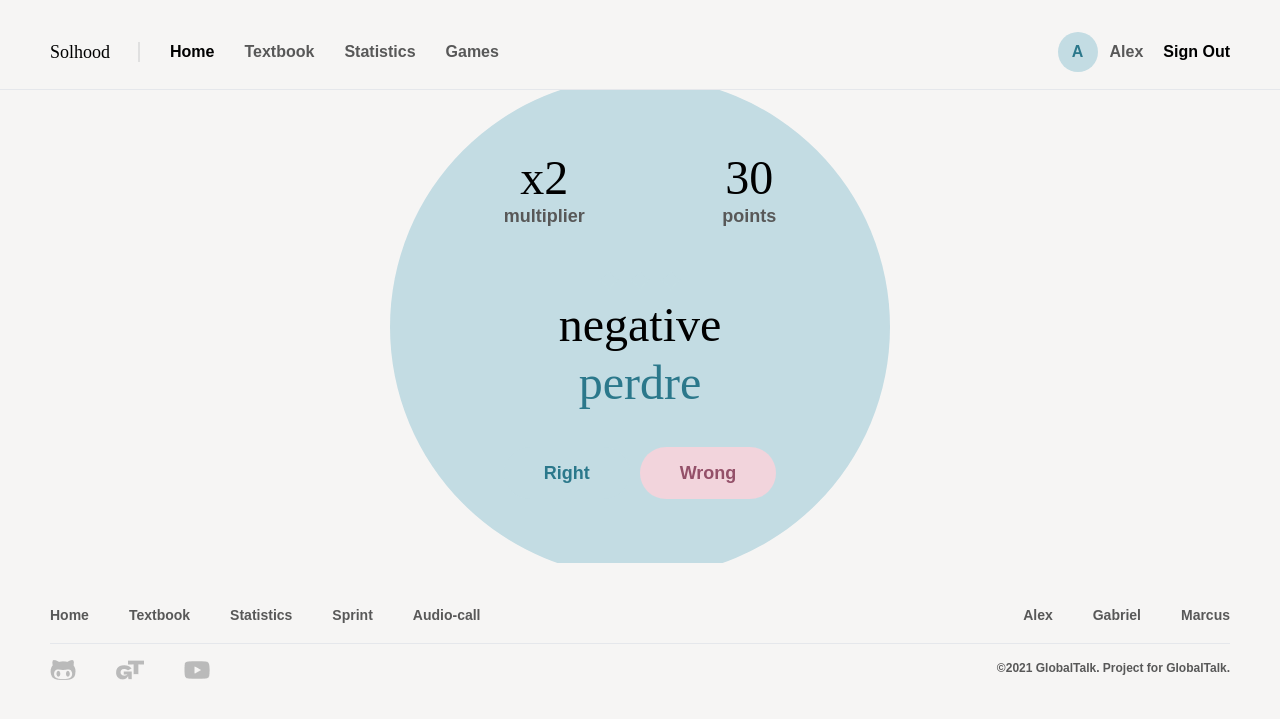
Repository: haudnn/solhood
Page: /game
The author's editor kept a copy of each file at every save. The page is drawn from the files as they stood at one save, then again after the next save.
The browser window is 1280 px wide. The pictures show the whole page.
The project was rebuilt for these pictures with package versions that can differ from the ones it lists, and the page was loaded fresh each time. Also part of the build but not shown: src/pages/Home.tsx, src/pages/Sprint.tsx.

Above is the page before, as saved 2023-01-03 16:46:02.

### src/index.css
@tailwind base;
@tailwind components;
@tailwind utilities;

@import url('https://fonts.googleapis.com/css2?family=Dela+Gothic+One&family=Montserrat:wght@400;500;600;700&display=swap');

@layer components {
    html{
        scroll-behavior: smooth;
    }
    .app-container{
        width: 1180px !important;
        margin: 0 auto !important;
    }
    .wrapper {
        height: calc(100vh - 90px);
        overflow: hidden;
    }
    .line {
        position: relative;
    }
    .wrapper-calc {
        height: calc(100vh - 90px - 157px);
        overflow: hidden;
    }
    .line::before{
        position: absolute;
        content: "";
        right: -30px;
        border-right: 2px solid #e0e0e0 ;
        height: 20px;
        top: 50%;
        transform: translateY(-50%);
    }
    .line-long {
        position: relative;
    }
    .line-long::before{
        position: absolute;
        content: "";
        right: 0px;
        border-right: 2px solid #e0e0e0 ;
        height: 100%;
        top: 50%;
        transform: translateY(-50%);
    }
    .bridge::before {
        position: absolute;
        left:0;
        top:-16px;
        width: 100%;
        height: 20px;
        content:"";
        display: block;
    }
    .grid {
        width: 100%;
        display: block !important;
        padding: 0;
    }

    .grid.wide {
        max-width: 1200px;
        margin: 0 auto;
    }

    .row {
        display: flex;
        flex-wrap: wrap;
        margin-left: -4px;
        margin-right: -4px;
    }

    .row.no-gutters {
        margin-left: 0;
        margin-right: 0;
    }

    .col {
        padding-left: 4px;
        padding-right: 4px;
    }

    .row.no-gutters .col {
        padding-left: 0;
        padding-right: 0;
    }

    .c-0 {
        display: none;
    }

    .c-1 {
        flex: 0 0 8.33333%;
        max-width: 8.33333%;
    }

    .c-2 {
        flex: 0 0 16.66667%;
        max-width: 16.66667%;
    }

    .c-3 {
        flex: 0 0 25%;
        max-width: 25%;
    }

    .c-4 {
        flex: 0 0 33.33333%;
        max-width: 33.33333%;
    }

    .c-5 {
        flex: 0 0 41.66667%;
        max-width: 41.66667%;
    }

    .c-6 {
        flex: 0 0 50%;
        max-width: 50%;
    }

    .c-7 {
        flex: 0 0 58.33333%;
        max-width: 58.33333%;
    }

    .c-8 {
        flex: 0 0 66.66667%;
        max-width: 66.66667%;
    }

    .c-9 {
        flex: 0 0 75%;
        max-width: 75%;
    }

    .c-10 {
        flex: 0 0 83.33333%;
        max-width: 83.33333%;
    }

    .c-11 {
        flex: 0 0 91.66667%;
        max-width: 91.66667%;
    }

    .c-12 {
        flex: 0 0 100%;
        max-width: 100%;
    }

    .c-o-1 {
        margin-left: 8.33333%;
    }

    .c-o-2 {
        margin-left: 16.66667%;
    }

    .c-o-3 {
        margin-left: 25%;
    }

    .c-o-4 {
        margin-left: 33.33333%;
    }

    .c-o-5 {
        margin-left: 41.66667%;
    }

    .c-o-6 {
        margin-left: 50%;
    }

    .c-o-7 {
        margin-left: 58.33333%;
    }

    .c-o-8 {
        margin-left: 66.66667%;
    }

    .c-o-9 {
        margin-left: 75%;
    }

    .c-o-10 {
        margin-left: 83.33333%;
    }

    .c-o-11 {
        margin-left: 91.66667%;
    }

    /* >= Tablet */
    @media (min-width: 740px) {
        .row {
            margin-left: -8px;
            margin-right: -8px;
        }

        .col {
            padding-left: 8px;
            padding-right: 8px;
        }

        .m-0 {
            display: none;
        }

        .m-1,
        .m-2,
        .m-3,
        .m-4,
        .m-5,
        .m-6,
        .m-7,
        .m-8,
        .m-9,
        .m-10,
        .m-11,
        .m-12 {
            display: block;
        }

        .m-1 {
            flex: 0 0 8.33333%;
            max-width: 8.33333%;
        }

        .m-2 {
            flex: 0 0 16.66667%;
            max-width: 16.66667%;
        }

        .m-3 {
            flex: 0 0 25%;
            max-width: 25%;
        }

        .m-4 {
            flex: 0 0 33.33333%;
            max-width: 33.33333%;
        }

        .m-5 {
            flex: 0 0 41.66667%;
            max-width: 41.66667%;
        }

        .m-6 {
            flex: 0 0 50%;
            max-width: 50%;
        }

        .m-7 {
            flex: 0 0 58.33333%;
            max-width: 58.33333%;
        }

        .m-8 {
            flex: 0 0 66.66667%;
            max-width: 66.66667%;
        }

        .m-9 {
            flex: 0 0 75%;
            max-width: 75%;
        }

        .m-10 {
            flex: 0 0 83.33333%;
            max-width: 83.33333%;
        }

        .m-11 {
            flex: 0 0 91.66667%;
            max-width: 91.66667%;
        }

        .m-12 {
            flex: 0 0 100%;
            max-width: 100%;
        }

        .m-o-1 {
            margin-left: 8.33333%;
        }

        .m-o-2 {
            margin-left: 16.66667%;
        }

        .m-o-3 {
            margin-left: 25%;
        }

        .m-o-4 {
            margin-left: 33.33333%;
        }

        .m-o-5 {
            margin-left: 41.66667%;
        }

        .m-o-6 {
            margin-left: 50%;
        }

        .m-o-7 {
            margin-left: 58.33333%;
        }

        .m-o-8 {
            margin-left: 66.66667%;
        }

        .m-o-9 {
            margin-left: 75%;
        }

        .m-o-10 {
            margin-left: 83.33333%;
        }

        .m-o-11 {
            margin-left: 91.66667%;
        }
    }

    /* PC medium resolution > */
    @media (min-width: 1113px) {
        .row {
            margin-left: -12px;
            margin-right: -12px;
        }

        .row.sm-gutter {
            margin-left: -5px;
            margin-right: -5px;
        }

        .col {
            padding-left: 12px;
            padding-right: 12px;
        }

        .row.sm-gutter .col {
            padding-left: 5px;
            padding-right: 5px;
        }

        .l-0 {
            display: none;
        }

        .l-1,
        .l-2,
        .l-2-4,
        .l-3,
        .l-4,
        .l-5,
        .l-6,
        .l-7,
        .l-8,
        .l-9,
        .l-10,
        .l-11,
        .l-12 {
            display: block;
        }

        .l-1 {
            flex: 0 0 8.33333%;
            max-width: 8.33333%;
        }

        .l-2 {
            flex: 0 0 16.66667%;
            max-width: 16.66667%;
        }

        .l-2-4 {
            flex: 0 0 20%;
            max-width: 20%;
        }

        .l-3 {
            flex: 0 0 25%;
            max-width: 25%;
        }

        .l-4 {
            flex: 0 0 33.33333%;
            max-width: 33.33333%;
        }

        .l-5 {
            flex: 0 0 41.66667%;
            max-width: 41.66667%;
        }

        .l-6 {
            flex: 0 0 50%;
            max-width: 50%;
        }

        .l-7 {
            flex: 0 0 58.33333%;
            max-width: 58.33333%;
        }

        .l-8 {
            flex: 0 0 66.66667%;
            max-width: 66.66667%;
        }

        .l-9 {
            flex: 0 0 75%;
            max-width: 75%;
        }

        .l-10 {
            flex: 0 0 83.33333%;
            max-width: 83.33333%;
        }

        .l-11 {
            flex: 0 0 91.66667%;
            max-width: 91.66667%;
        }

        .l-12 {
            flex: 0 0 100%;
            max-width: 100%;
        }

        .l-o-1 {
            margin-left: 8.33333%;
        }

        .l-o-2 {
            margin-left: 16.66667%;
        }

        .l-o-3 {
            margin-left: 25%;
        }

        .l-o-4 {
            margin-left: 33.33333%;
        }

        .l-o-5 {
            margin-left: 41.66667%;
        }

        .l-o-6 {
            margin-left: 50%;
        }

        .l-o-7 {
            margin-left: 58.33333%;
        }

        .l-o-8 {
            margin-left: 66.66667%;
        }

        .l-o-9 {
            margin-left: 75%;
        }

        .l-o-10 {
            margin-left: 83.33333%;
        }

        .l-o-11 {
            margin-left: 91.66667%;
        }
    }

    /* Tablet - PC low resolution */
    @media (min-width: 740px) and (max-width: 1023px) {
        .wide {
            width: 644px;
        }
    }

    /* > PC low resolution */
    @media (min-width: 1024px) and (max-width: 1239px) {
        .wide {
            width: 984px;
        }

        .wide .row {
            margin-left: -12px;
            margin-right: -12px;
        }

        .wide .row.sm-gutter {
            margin-left: -5px;
            margin-right: -5px;
        }

        .wide .col {
            padding-left: 12px;
            padding-right: 12px;
        }

        .wide .row.sm-gutter .col {
            padding-left: 5px;
            padding-right: 5px;
        }

        .wide .l-0 {
            display: none;
        }

        .wide .l-1,
        .wide .l-2,
        .wide .l-2-4,
        .wide .l-3,
        .wide .l-4,
        .wide .l-5,
        .wide .l-6,
        .wide .l-7,
        .wide .l-8,
        .wide .l-9,
        .wide .l-10,
        .wide .l-11,
        .wide .l-12 {
            display: block;
        }

        .wide .l-1 {
            flex: 0 0 8.33333%;
            max-width: 8.33333%;
        }

        .wide .l-2 {
            flex: 0 0 16.66667%;
            max-width: 16.66667%;
        }

        .wide .l-2-4 {
            flex: 0 0 20%;
            max-width: 20%;
        }

        .wide .l-3 {
            flex: 0 0 25%;
            max-width: 25%;
        }

        .wide .l-4 {
            flex: 0 0 33.33333%;
            max-width: 33.33333%;
        }

        .wide .l-5 {
            flex: 0 0 41.66667%;
            max-width: 41.66667%;
        }

        .wide .l-6 {
            flex: 0 0 50%;
            max-width: 50%;
        }

        .wide .l-7 {
            flex: 0 0 58.33333%;
            max-width: 58.33333%;
        }

        .wide .l-8 {
            flex: 0 0 66.66667%;
            max-width: 66.66667%;
        }

        .wide .l-9 {
            flex: 0 0 75%;
            max-width: 75%;
        }

        .wide .l-10 {
            flex: 0 0 83.33333%;
            max-width: 83.33333%;
        }

        .wide .l-11 {
            flex: 0 0 91.66667%;
            max-width: 91.66667%;
        }

        .wide .l-12 {
            flex: 0 0 100%;
            max-width: 100%;
        }

        .wide .l-o-1 {
            margin-left: 8.33333%;
        }

        .wide .l-o-2 {
            margin-left: 16.66667%;
        }

        .wide .l-o-3 {
            margin-left: 25%;
        }

        .wide .l-o-4 {
            margin-left: 33.33333%;
        }

        .wide .l-o-5 {
            margin-left: 41.66667%;
        }

        .wide .l-o-6 {
            margin-left: 50%;
        }

        .wide .l-o-7 {
            margin-left: 58.33333%;
        }

        .wide .l-o-8 {
            margin-left: 66.66667%;
        }

        .wide .l-o-9 {
            margin-left: 75%;
        }

        .wide .l-o-10 {
            margin-left: 83.33333%;
        }

        .wide .l-o-11 {
            margin-left: 91.66667%;
        }
    }
}

### src/App.tsx
import "./App.css";
import { BrowserRouter } from 'react-router-dom';
import RouterConfig from './config/RouterConfig';
import Footer from "./components/Layout/Footer";
import Header from "./components/Layout/Header";
function App() {
  return (
    <div className="App font-montserrat">
      <BrowserRouter>
        <Header />
        <RouterConfig/>
        <Footer/>
      </BrowserRouter>
    </div>
  );
}

export default App;

### src/config/RouterConfig.tsx
import React from 'react'
import { Routes, Route } from 'react-router-dom';
import {router} from '../constants';
const RouterConfig = () => {
  return (
    <Routes>
    {router.map(({ path, component }) => (
      <Route key={path} path={path} element={component} />
    ))}
  </Routes>
  )
}

export default RouterConfig

### src/components/Layout/Footer.tsx
import React from "react";
import github from '../../assets/imgs/github.png';
import GT from '../../assets/imgs/GT.png'
import youtube from '../../assets/imgs/youtube.png'
const Footer = () => {
  return (
    <footer>
      <div className="bg-greyligt py-[40px]">
        <div className="app-container">
          <div className="pb-4 border-b border-solid boder-[greymedium]">
            <div className="grid">
              <div className="row">
                <div className="col l-6">
                  <ul className="flex items-center gap-x-10">
                    <li>
                      <a
                        className="text-sm font-semibold text-greydark"
                        href="/"
                      >
                        Home
                      </a>
                    </li>
                    <li>
                      <a
                        className="text-sm font-semibold text-greydark"
                        href="/"
                      >
                        Textbook
                      </a>
                    </li>
                    <li>
                      <a
                        className="text-sm font-semibold text-greydark"
                        href="/"
                      >
                        Statistics
                      </a>
                    </li>
                    <li>
                      <a
                        className="text-sm font-semibold text-greydark"
                        href="/"
                      >
                        Sprint
                      </a>
                    </li>
                    <li>
                      <a
                        className="text-sm font-semibold text-greydark"
                        href="/"
                      >
                        Audio-call
                      </a>
                    </li>
                  </ul>
                </div>
                <div className="col l-6">
                  <ul className="flex items-center justify-end gap-x-10">
                    <li>
                      <a
                        className="text-sm font-semibold text-greydark"
                        href="/"
                      >
                        Alex
                      </a>
                    </li>
                    <li>
                      <a
                        className="text-sm font-semibold text-greydark"
                        href="/"
                      >
                        Gabriel
                      </a>
                    </li>
                    <li>
                      <a
                        className="text-sm font-semibold text-greydark"
                        href="/"
                      >
                        Marcus
                      </a>
                    </li>
                  </ul>
                </div>
              </div>
            </div>
          </div>
          <div className="pt-4">
            <div className="grid">
              <div className="row">
                <div className="col l-6">
                  <ul className="flex items-center gap-x-10">
                    <li>
                      <a href="/">
                        <img src={github} alt="" />
                      </a>
                    </li>
                    <li>
                      <a href="/">
                        <img src={GT} alt="" />
                      </a>
                    </li>
                    <li>
                      <a href="/">
                        <img src={youtube} alt="" />
                      </a>
                    </li>
                  </ul>
                </div>
                <div className="col l-6">
                  <div className="flex items-center justify-end">
                    <span className="text-xs font-semibold text-greydark ">
                      ©2021 GlobalTalk. Project for GlobalTalk.
                    </span>
                  </div>
                </div>
              </div>
            </div>
          </div>
        </div>
      </div>
    </footer>
  );
};

export default Footer;

### src/components/Layout/Header.tsx
import React from "react";

const Header = () => {
  return (
      <header className="py-8 border-b border-solid border-[grey-dark] bg-greyligt max-h-[90px]">
        <div className="app-container">
          <div className="grid">
            <div className="row">
              <div className="col l-6">
                <div className="flex items-center gap-x-[60px] h-full">
                  <div className="line">
                    <a href="/" className="text-lg text-black font-dela">Solhood</a>
                  </div>
                  <div className="">
                    <ul className="flex items-center gap-x-[30px]">
                      <li>
                        <a
                          className="text-base font-semibold text-black"
                          href="/"
                        >
                          Home
                        </a>
                      </li>
                      <li>
                        <a
                          className="text-base font-semibold text-greydark"
                          href="/"
                        >
                          Textbook
                        </a>
                      </li>
                      <li>
                        <a
                          className="text-base font-semibold text-greydark"
                          href="/"
                        >
                          Statistics
                        </a>
                      </li>
                      <li className="relative group">
                        <a
                          className="text-base font-semibold text-greydark"
                          href="/"
                        >
                          Games
                        </a>
                        <div className="z-10 group-hover:block hidden absolute bg-white rounded-xl shadow-lg w-[215px] p-5 top-10 bridge">
                          <ul>
                            <li className="mb-2 text-base font-semibold text-greydark">
                              <a href="/sprint">Sprint</a>
                            </li>
                            <li>
                              <a href="/" className="text-base font-semibold text-greydark">Audio call</a>
                            </li>
                          </ul>
                        </div>
                      </li>
                    </ul>
                  </div>
                </div>
              </div>
              <div className="col l-6">
                <div className="flex justify-end">
                  <div className="flex items-center mr-5 gap-x-3">
                    <div className="flex items-center justify-center w-10 h-10 rounded-[50%] bg-cyanlight">
                      <span className="text-base font-semibold text-cyandark">
                        A
                      </span>
                    </div>
                    <span className="text-base font-semibold text-greydark">
                      Alex
                    </span>
                  </div>
                  <div className="flex items-center">
                    <a href="/" className="text-base font-semibold text-black">
                      Sign Out
                    </a>
                  </div>
                </div>
              </div>
            </div>
          </div>
        </div>
      </header>
  );
};

export default Header;

### src/constants/index.ts
import router from "./router"

export {router}

### src/constants/router.tsx
import Game from "../pages/Game";
import Home from "../pages/Home";
import Sprint from "../pages/Sprint";
const router = [
 {
    path: '/',
    component: <Home />,
 },
 {
   path: '/sprint',
   component: <Sprint />,
 },
 {
  path: '/game',
   component: <Game />,
 }

]
export default router;

### src/pages/Game.tsx
import React from "react";
import level from "../assets/imgs/level.png";
const Game = () => {
  return (
    <div className="game bg-greyligt">
      <div className="flex items-center justify-center wrapper-calc">
        <div className="w-[500px] h-[500px] rounded-[50%] bg-cyanlight flex items-center justify-center">
          <div>
            <div className="flex items-center justify-between mb-10">
              <div className="flex flex-col items-center">
                <p className="text-5xl font-dela">x2</p>
                <p className="text-lg font-semibold text-greydark">
                  multiplier
                </p>
              </div>
              <div className="flex flex-col items-center">
                <p className="text-5xl font-dela">30</p>
                <p className="text-lg font-semibold text-greydark">points</p>
              </div>
            </div>
            <div className="mb-10">
              <div className="flex items-center justify-center gap-x-[10px] mb-[10px]">
                <div>
                  <img
                    src={level}
                    alt=""
                    className="object-cover w-full h-full"
                  />
                </div>
                <div>
                  <img
                    src={level}
                    alt=""
                    className="object-cover w-full h-full"
                  />
                </div>
                <div>
                  <img
                    src={level}
                    alt=""
                    className="object-cover w-full h-full"
                  />
                </div>
              </div>
              <div>
                <p className="text-5xl font-dela mb-[10px] text-center">
                  negative
                </p>
                <p className="text-5xl font-dela mb-[10px] text-cyandark text-center">
                  perdre
                </p>
              </div>
            </div>
            <div className="flex items-center justify-center gap-x-[10px]">
              <button className="px-10 py-3 rounded-full bg-cyanlight">
                <span className="text-lg font-bold text-cyandark">Right</span>
              </button>
              <button className="px-10 py-3 rounded-full bg-pinklight">
                <span className="text-lg font-bold text-pinkdark">Wrong</span>
              </button>
            </div>
          </div>
        </div>
      </div>
    </div>
  );
};

export default Game;

### tailwind.config.js
/** @type {import('tailwindcss').Config} */
module.exports = {
  content: ["./src/**/*.{html,jsx,js,tsx}"],
  theme: {
    fontFamily: {
      dela: ["Dela Gothic One", "cursive"],
      montserrat: ["Montserrat", "sans-serif"],
    },
    extend: {
      colors: {
        cyandesign: "#5996a5",
        cyandark: "#2b788b",
        cyanlight: "#c3dce3",
        pinkdesign: "#a15993",
        pinkdark: "#945069",
        pinklight: "#f2d4dc",
        black: "#000000",
        greyligt: "#f6f5f4",
        greymedium: "#e0e0e0",
        greyicon: "#bababa",
        greydark: "#585858",
        greendesign: "#639b6d",
        reddesign: "#a95151",
        yellowdesign: "#c4a24c",
        orangedesign: "#cb5b43",
      },
    },
  },
  plugins: [],
}

Loaded but not shown: public/index.html (common file); src/index.tsx (common file); src/App.css (common file)

After the next save:
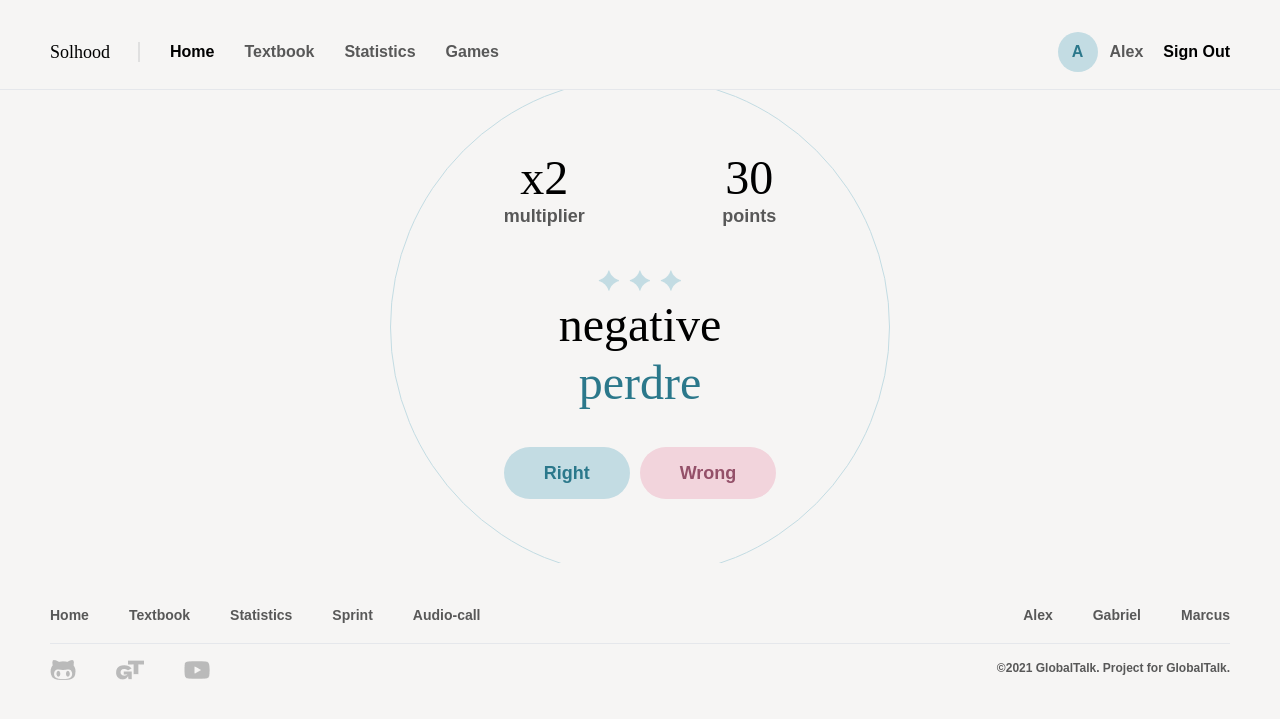
Saved 17 min 53 s later.
--- a/src/pages/Game.tsx
+++ b/src/pages/Game.tsx
@@ -4,7 +4,7 @@ const Game = () => {
   return (
     <div className="game bg-greyligt">
       <div className="flex items-center justify-center wrapper-calc">
-        <div className="w-[500px] h-[500px] rounded-[50%] bg-cyanlight flex items-center justify-center">
+        <div className="w-[500px] h-[500px] rounded-[50%] border border-solid border-cyanlight flex items-center justify-center">
           <div>
             <div className="flex items-center justify-between mb-10">
               <div className="flex flex-col items-center">
